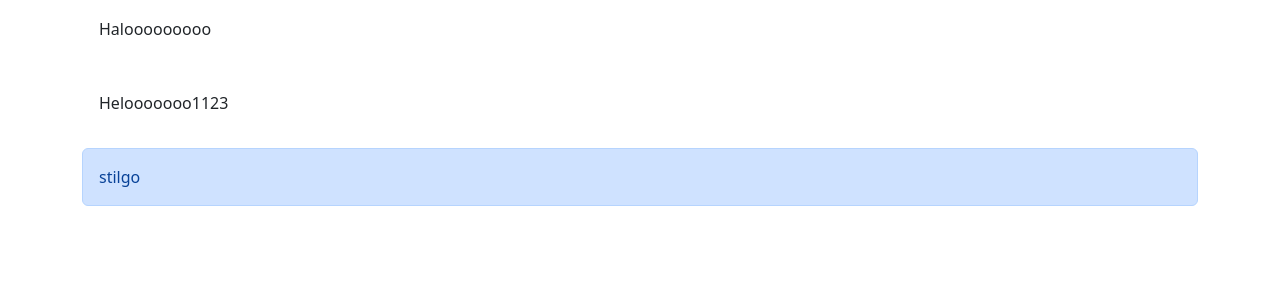
Repository: hcozyph/cybersoft_JS_5_T-ch-h-m
Page: index.htm
The author's editor kept a copy of each file at every save. The page is drawn from the files as they stood at one save, then again after the next save.
The browser window is 1280 px wide. The pictures show the whole page.

Above is the page before, as saved 2023-02-05 10:32:13.

### index.htm
<!DOCTYPE html>
<html lang="en">
    <head>
        <title>JS_5</title>
        <!-- Required meta tags -->
        <meta charset="utf-8" />
        <meta
            name="viewport"
            content="width=device-width, initial-scale=1, shrink-to-fit=no"
        />

        <!-- Bootstrap CSS v5.2.1 -->
        <link
            href="https://cdn.jsdelivr.net/npm/bootstrap@5.2.1/dist/css/bootstrap.min.css"
            rel="stylesheet"
            integrity="sha384-iYQeCzEYFbKjA/T2uDLTpkwGzCiq6soy8tYaI1GyVh/UjpbCx/TYkiZhlZB6+fzT"
            crossorigin="anonymous"
        />

        <!-- index.css -->
        <link rel="stylesheet" href="./css/index.css" />
    </head>

    <body>
        <div class="container">
            <div class="alert aler-success" id="output">Halooooooooo</div>

            <p class="alert alert-morning my-3" id="output-p">Helooooooo1123</p>

            <span class="d-block alert alert-primary my-3" id="output-span"
                >stilgo</span
            >
        </div>

        <!-- bootstrap -->
        <script
            src="https://cdn.jsdelivr.net/npm/@popperjs/core@2.11.6/dist/umd/popper.min.js"
            integrity="sha384-oBqDVmMz9ATKxIep9tiCxS/Z9fNfEXiDAYTujMAeBAsjFuCZSmKbSSUnQlmh/jp3"
            crossorigin="anonymous"
        ></script>

        <script
            src="https://cdn.jsdelivr.net/npm/bootstrap@5.2.1/dist/js/bootstrap.min.js"
            integrity="sha384-7VPbUDkoPSGFnVtYi0QogXtr74QeVeeIs99Qfg5YCF+TidwNdjvaKZX19NZ/e6oz"
            crossorigin="anonymous"
        ></script>

        <!-- index.js -->
        <script src="./js/index.js"></script>
    </body>
</html>

Loaded but not shown: css/index.css (no stored copy; drawn as an empty file); js/index.js (no stored copy; drawn as an empty file)

After the next save:
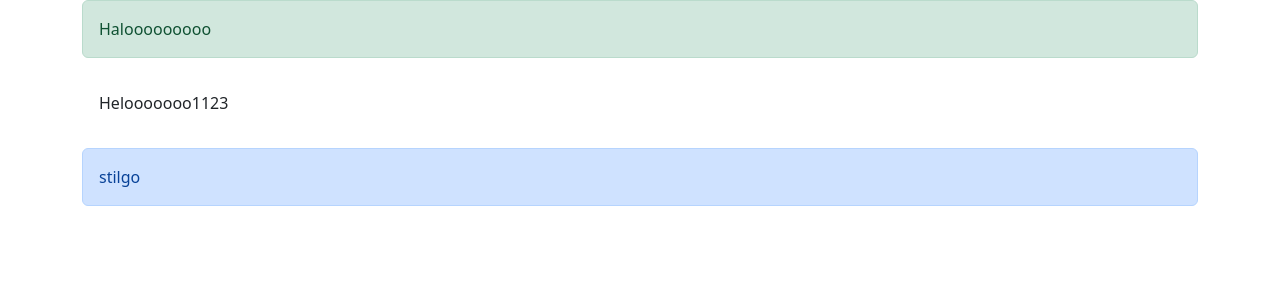
Saved 7 s later.
--- a/index.htm
+++ b/index.htm
@@ -23,7 +23,7 @@
 
     <body>
         <div class="container">
-            <div class="alert aler-success" id="output">Halooooooooo</div>
+            <div class="alert alert-success" id="output">Halooooooooo</div>
 
             <p class="alert alert-morning my-3" id="output-p">Helooooooo1123</p>
 
